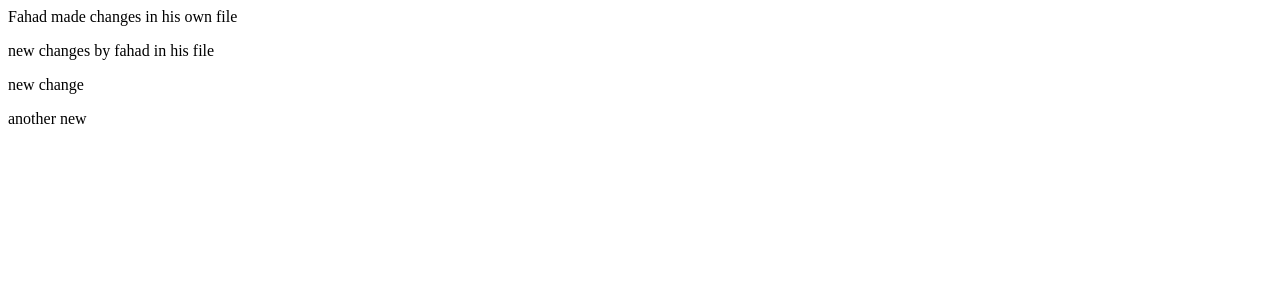
Repository: FahadAliSheikh/learnWorkFlow
Page: fahad.html
The author's editor kept a copy of each file at every save. The page is drawn from the files as they stood at one save, then again after the next save.
The browser window is 1280 px wide. The pictures show the whole page.

Above is the page before, as saved 2019-03-23 13:44:13.

### fahad.html
<p>Fahad made changes in his own file</p>
<p>new changes by fahad in his file</p>
<p>new change</p>
<p>another new</p>

After the next save:
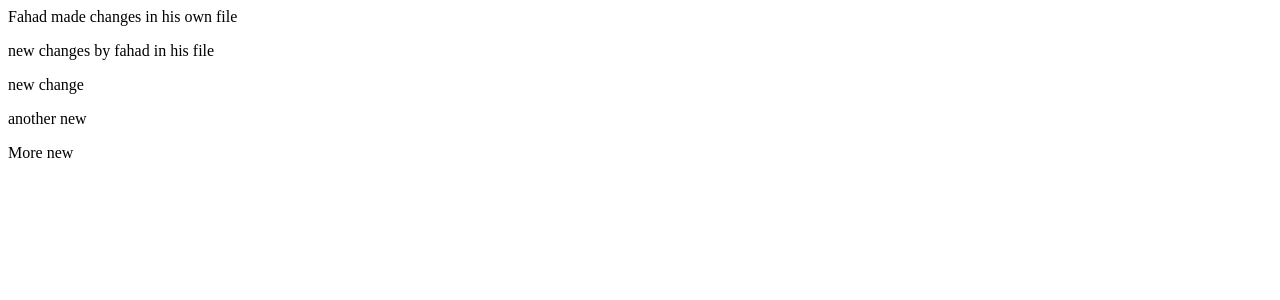
Saved 2 min 30 s later.
--- a/fahad.html
+++ b/fahad.html
@@ -2,3 +2,4 @@
 <p>new changes by fahad in his file</p>
 <p>new change</p>
 <p>another new</p>
+<p>More new</p>
